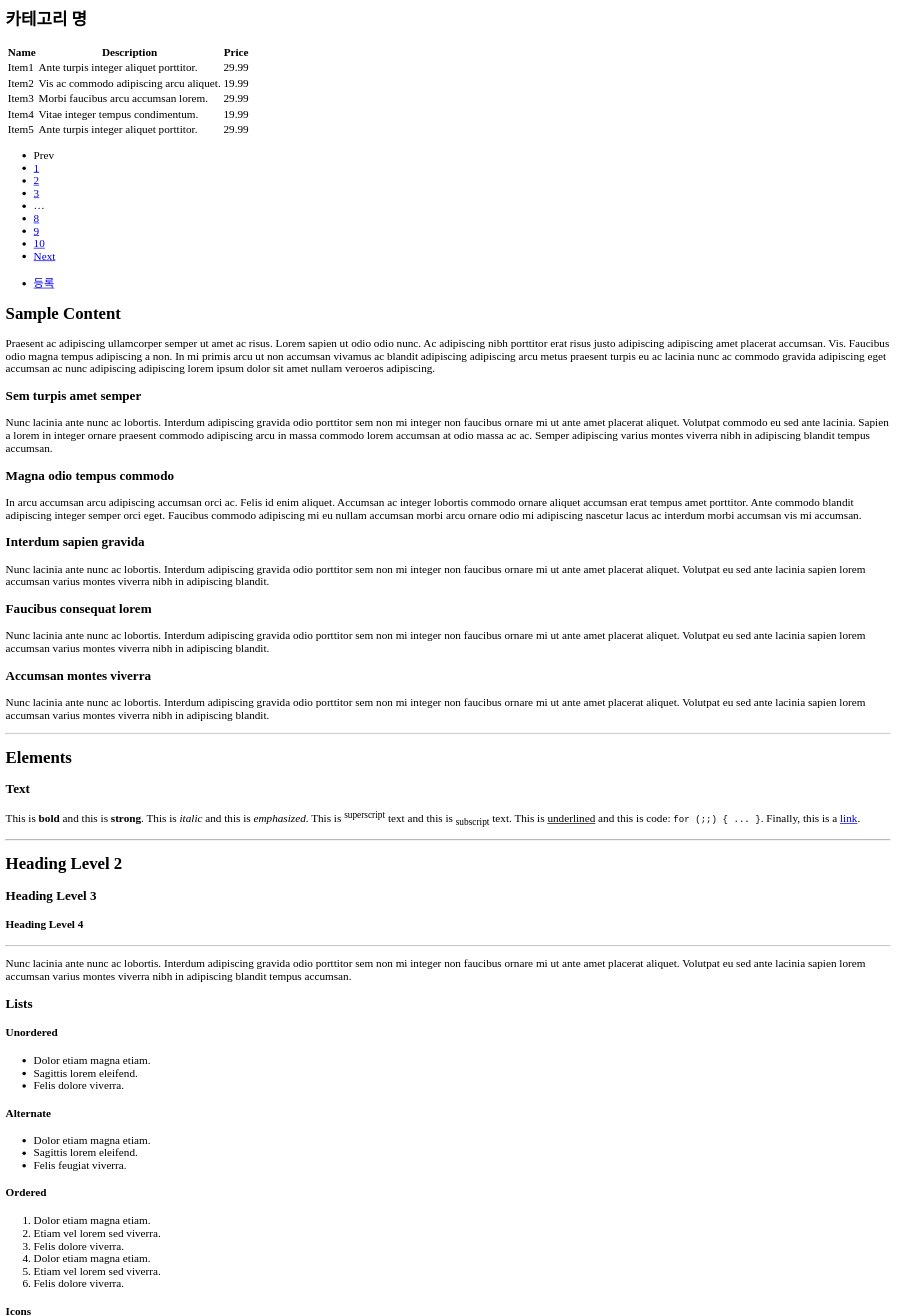
Repository: noCountJun/blog
Page: http://localhost/blogProject2/WEB-INF/views/board/boardDetail.jsp
The author's editor kept a copy of each file at every save. The page is drawn from the files as they stood at one save, then again after the next save.
The browser window is 1280 px wide. The page is 1288 px wide, so the pictures cover 1288 px, including what lies to the right of the window. The pictures show the part of the page from y = 0 to 1880 px (the page is 8108 px tall before and 8114 px after), at 70% of full size.
The page is served by Tomcat 9. Nobody is signed in. The template is opened directly, without the code that normally fills it, so the values that code supplies are empty.

Above is the page before, as saved 2019-08-21 05:25:49.

After the next save:
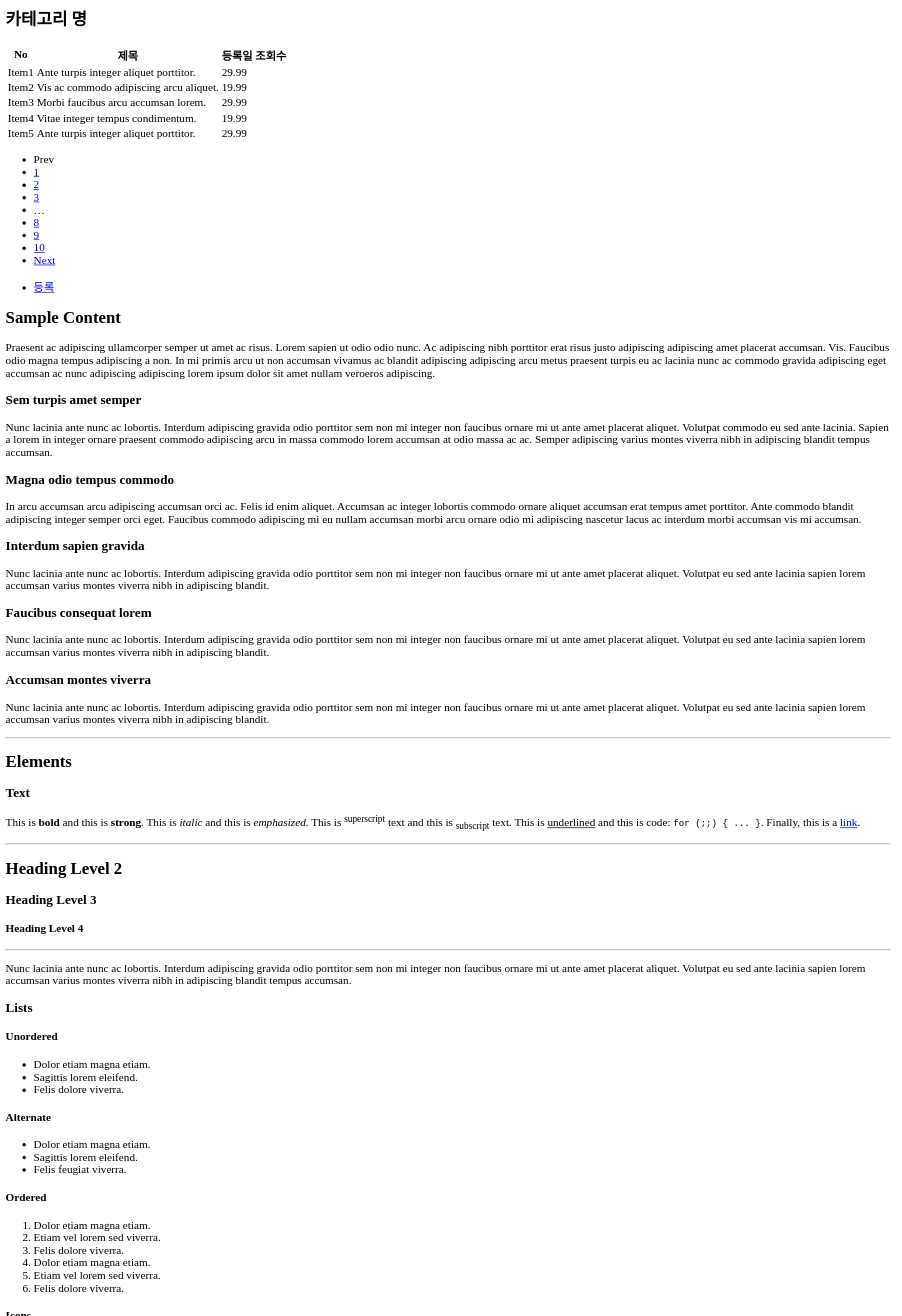
Saved 111 s later.
--- a/blogProject2/src/main/webapp/WEB-INF/views/board/boardDetail.jsp
+++ b/blogProject2/src/main/webapp/WEB-INF/views/board/boardDetail.jsp
@@ -11,9 +11,10 @@
 		<table>
 			<thead>
 				<tr>
-					<th>Name</th>
-					<th>Description</th>
-					<th>Price</th>
+					<th>No</th>
+					<th>제목</th>
+					<th>등록일</th>
+					<th>조회수</th>
 				</tr>
 			</thead>
 			<tbody>
